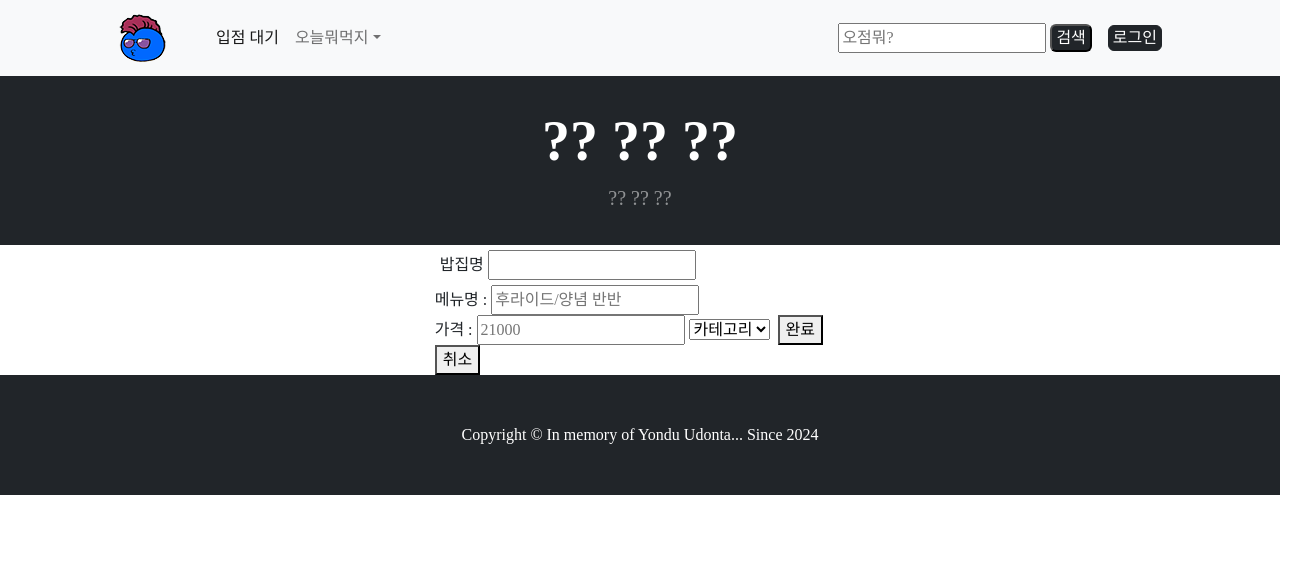
Repository: ashwan94/ydzone
Page: http://localhost/YonduZone/WEB-INF/views/menu/add.jsp
These files come from the project's save history. The page is drawn as it stood at one moment and after the next save; the edit follows.
The browser window is 1280 px wide. The page is 1292 px wide, so the pictures cover 1292 px, including what lies to the right of the window. The pictures show the whole page.
Some web fonts or font styles are not loaded; a fallback is used. The page is served by Tomcat 9. Nobody is signed in. The template is opened directly, without the code that normally fills it, so the values that code supplies are empty.

Above is the page before, as saved 2024-04-28 14:18:08.
Console error: SyntaxError: Identifier 'priceEl' has already been declared

After the next save:
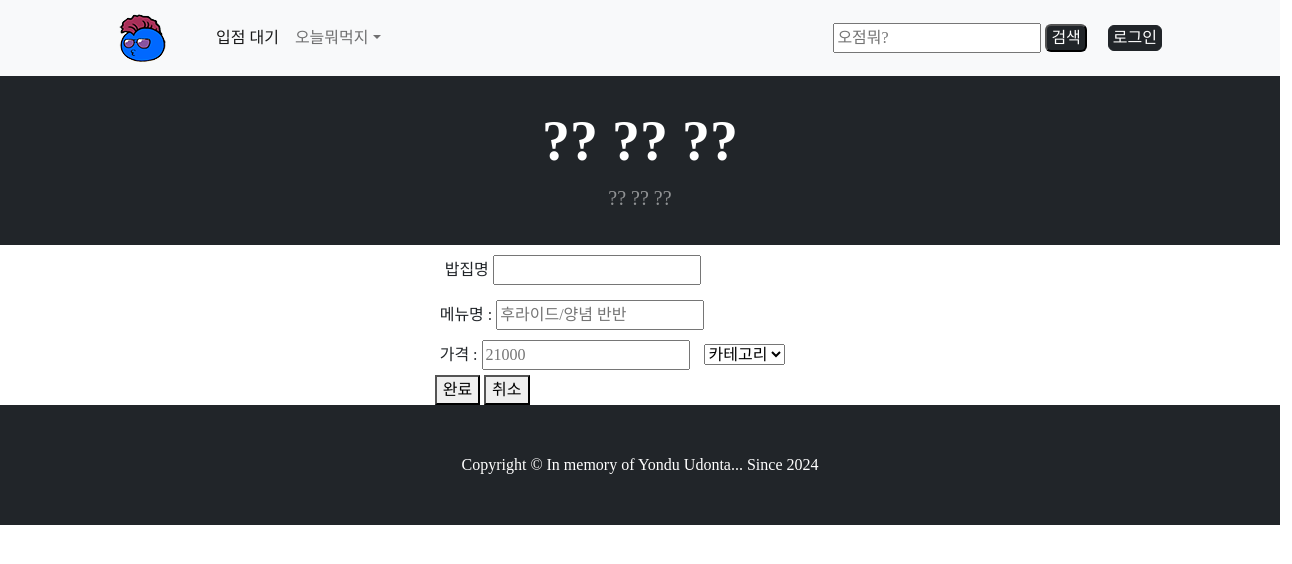
Saved 8 s later.
--- a/YonduZone/src/main/webapp/WEB-INF/views/menu/add.jsp
+++ b/YonduZone/src/main/webapp/WEB-INF/views/menu/add.jsp
@@ -6,7 +6,7 @@
 <jsp:param value="대표 메뉴 입력" name="content"/>
 </jsp:include>
 <style>
-	#form div{
+	#form div, label{
 		margin:5px;
 	}
 </style>
